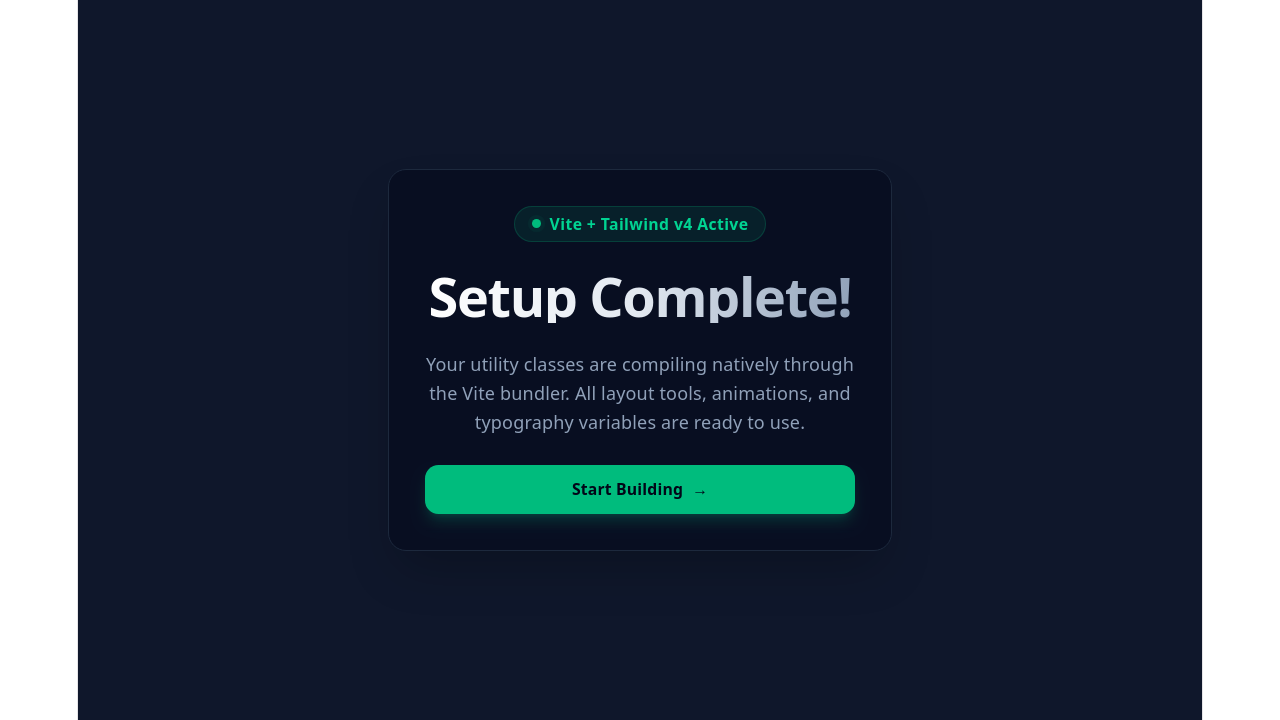
Repository: diptods/DevFixx
Page: / (app in client/)
These files come from the project's save history. The page is drawn as it stood at one moment and after the next save; the edit follows.
The browser window is 1280 px wide. The pictures show the whole page.
The project was rebuilt for these pictures with package versions that can differ from the ones it lists, and the page was loaded fresh each time. Also part of the build but not shown: client/vite.config.js.

Above is the page before, as saved 2026-06-12 12:33:50.

### client/index.html
<!doctype html>
<html lang="en">
  <head>
    <meta charset="UTF-8" />
    <link rel="icon" type="image/svg+xml" href="/favicon.svg" />
    <meta name="viewport" content="width=device-width, initial-scale=1.0" />
    <title>client</title>
  </head>
  <body>
    <div id="root"></div>
    <script type="module" src="/src/main.jsx"></script>
  </body>
</html>

### client/src/index.css
@import "tailwindcss";
:root {
  --text: #6b6375;
  --text-h: #08060d;
  --bg: #fff;
  --border: #e5e4e7;
  --code-bg: #f4f3ec;
  --accent: #aa3bff;
  --accent-bg: rgba(170, 59, 255, 0.1);
  --accent-border: rgba(170, 59, 255, 0.5);
  --social-bg: rgba(244, 243, 236, 0.5);
  --shadow:
    rgba(0, 0, 0, 0.1) 0 10px 15px -3px, rgba(0, 0, 0, 0.05) 0 4px 6px -2px;

  --sans: system-ui, 'Segoe UI', Roboto, sans-serif;
  --heading: system-ui, 'Segoe UI', Roboto, sans-serif;
  --mono: ui-monospace, Consolas, monospace;

  font: 18px/145% var(--sans);
  letter-spacing: 0.18px;
  color-scheme: light dark;
  color: var(--text);
  background: var(--bg);
  font-synthesis: none;
  text-rendering: optimizeLegibility;
  -webkit-font-smoothing: antialiased;
  -moz-osx-font-smoothing: grayscale;

  @media (max-width: 1024px) {
    font-size: 16px;
  }
}

@media (prefers-color-scheme: dark) {
  :root {
    --text: #9ca3af;
    --text-h: #f3f4f6;
    --bg: #16171d;
    --border: #2e303a;
    --code-bg: #1f2028;
    --accent: #c084fc;
    --accent-bg: rgba(192, 132, 252, 0.15);
    --accent-border: rgba(192, 132, 252, 0.5);
    --social-bg: rgba(47, 48, 58, 0.5);
    --shadow:
      rgba(0, 0, 0, 0.4) 0 10px 15px -3px, rgba(0, 0, 0, 0.25) 0 4px 6px -2px;
  }

  #social .button-icon {
    filter: invert(1) brightness(2);
  }
}

body {
  margin: 0;
}

#root {
  width: 1126px;
  max-width: 100%;
  margin: 0 auto;
  text-align: center;
  border-inline: 1px solid var(--border);
  min-height: 100svh;
  display: flex;
  flex-direction: column;
  box-sizing: border-box;
}

### client/src/App.jsx
export default function App() {
  return (
    <div className="flex min-h-screen flex-col items-center justify-center bg-slate-900 px-4 text-center text-white selection:bg-emerald-500 selection:text-slate-900">
      <div className="max-w-md space-y-6 rounded-2xl border border-slate-800 bg-slate-950/50 p-8 shadow-2xl backdrop-blur-md transition-all duration-300 hover:border-emerald-500/30">

        {/* Animated Badge */}
        <div className="inline-flex items-center gap-2 rounded-full bg-emerald-500/10 px-4 py-1.5 text-sm font-semibold tracking-wide text-emerald-400 ring-1 ring-emerald-500/20 ring-inset">
          <span className="relative flex h-2 w-2">
            <span className="absolute inline-flex h-full w-full animate-ping rounded-full bg-emerald-400 opacity-75"></span>
            <span className="relative inline-flex h-2 w-2 rounded-full bg-emerald-500"></span>
          </span>
          Vite + Tailwind v4 Active
        </div>

        {/* Heading */}
        <h1 className="bg-linear-to-r from-white via-slate-200 to-slate-400 bg-clip-text text-4xl font-extrabold tracking-tight text-transparent sm:text-5xl">
          Setup Complete!
        </h1>

        {/* Subtext */}
        <p className="text-base text-slate-400 leading-relaxed">
          Your utility classes are compiling natively through the Vite bundler. All layout tools, animations, and typography variables are ready to use.
        </p>

        {/* Action Button */}
        <button className="group inline-flex w-full items-center justify-center gap-2 rounded-xl bg-emerald-500 px-5 py-3 text-sm font-semibold text-slate-950 shadow-lg shadow-emerald-500/20 transition-all duration-200 hover:bg-emerald-400 hover:shadow-emerald-400/30 focus-visible:outline-2 focus-visible:outline-offset-2 focus-visible:outline-emerald-500 active:scale-[0.98]">
          Start Building
          <span className="transition-transform duration-200 group-hover:translate-x-1">→</span>
        </button>

      </div>
    </div>
  )
}

Loaded but not shown: client/src/main.jsx (common file)

After the next save:
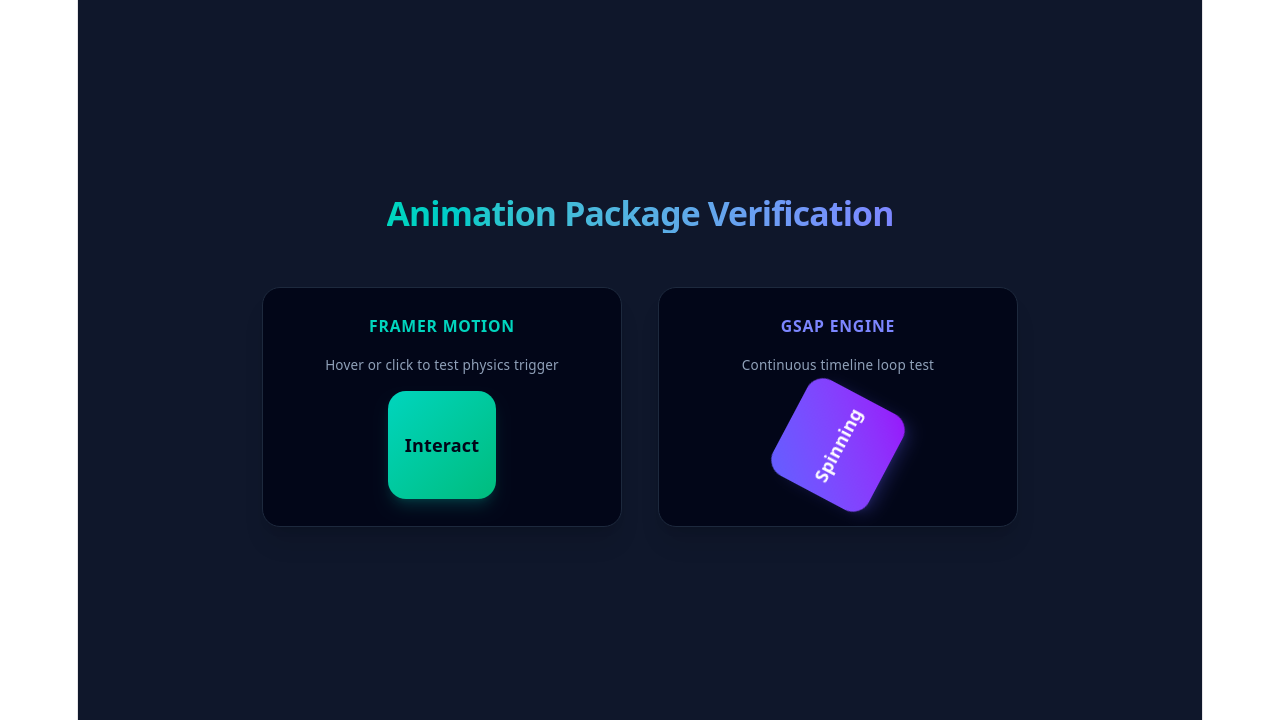
Saved 7 min 45 s later.
--- a/client/src/App.jsx
+++ b/client/src/App.jsx
@@ -1,34 +1,62 @@
+import { useEffect, useRef } from "react";
+import { motion } from "framer-motion";
+import { gsap } from "gsap";
+
 export default function App() {
+  const gsapBoxRef = useRef(null);
+
+  // Test GSAP Animation Loop
+  useEffect(() => {
+    if (gsapBoxRef.current) {
+      gsap.to(gsapBoxRef.current, {
+        rotation: 360,
+        duration: 3,
+        repeat: -1,
+        ease: "linear",
+      });
+    }
+  }, []);
+
   return (
-    <div className="flex min-h-screen flex-col items-center justify-center bg-slate-900 px-4 text-center text-white selection:bg-emerald-500 selection:text-slate-900">
-      <div className="max-w-md space-y-6 rounded-2xl border border-slate-800 bg-slate-950/50 p-8 shadow-2xl backdrop-blur-md transition-all duration-300 hover:border-emerald-500/30">
+    <div className="flex min-h-screen flex-col items-center justify-center gap-12 bg-slate-900 text-white p-6">
+      <h1 className="text-3xl font-extrabold tracking-tight bg-gradient-to-r from-teal-400 to-indigo-400 bg-clip-text text-transparent">
+        Animation Package Verification
+      </h1>
 
-        {/* Animated Badge */}
-        <div className="inline-flex items-center gap-2 rounded-full bg-emerald-500/10 px-4 py-1.5 text-sm font-semibold tracking-wide text-emerald-400 ring-1 ring-emerald-500/20 ring-inset">
-          <span className="relative flex h-2 w-2">
-            <span className="absolute inline-flex h-full w-full animate-ping rounded-full bg-emerald-400 opacity-75"></span>
-            <span className="relative inline-flex h-2 w-2 rounded-full bg-emerald-500"></span>
+      <div className="grid grid-cols-1 md:grid-cols-2 gap-8 max-w-2xl w-full">
+
+        {/* 1. FRAMER MOTION TEST CARD */}
+        <div className="flex flex-col items-center gap-4 rounded-2xl border border-slate-800 bg-slate-950 p-6 text-center shadow-xl">
+          <span className="text-sm font-semibold tracking-wider text-teal-400 uppercase">
+            Framer Motion
           </span>
-          Vite + Tailwind v4 Active
+          <p className="text-xs text-slate-400">Hover or click to test physics trigger</p>
+
+          <motion.div
+            whileHover={{ scale: 1.1, rotate: 10 }}
+            whileTap={{ scale: 0.9 }}
+            className="h-24 w-24 rounded-2xl bg-gradient-to-br from-teal-400 to-emerald-500 shadow-lg shadow-teal-500/20 cursor-pointer flex items-center justify-center font-bold text-slate-950"
+          >
+            Interact
+          </motion.div>
         </div>
 
-        {/* Heading */}
-        <h1 className="bg-linear-to-r from-white via-slate-200 to-slate-400 bg-clip-text text-4xl font-extrabold tracking-tight text-transparent sm:text-5xl">
-          Setup Complete!
-        </h1>
+        {/* 2. GSAP TEST CARD */}
+        <div className="flex flex-col items-center gap-4 rounded-2xl border border-slate-800 bg-slate-950 p-6 text-center shadow-xl">
+          <span className="text-sm font-semibold tracking-wider text-indigo-400 uppercase">
+            GSAP Engine
+          </span>
+          <p className="text-xs text-slate-400">Continuous timeline loop test</p>
 
-        {/* Subtext */}
-        <p className="text-base text-slate-400 leading-relaxed">
-          Your utility classes are compiling natively through the Vite bundler. All layout tools, animations, and typography variables are ready to use.
-        </p>
-
-        {/* Action Button */}
-        <button className="group inline-flex w-full items-center justify-center gap-2 rounded-xl bg-emerald-500 px-5 py-3 text-sm font-semibold text-slate-950 shadow-lg shadow-emerald-500/20 transition-all duration-200 hover:bg-emerald-400 hover:shadow-emerald-400/30 focus-visible:outline-2 focus-visible:outline-offset-2 focus-visible:outline-emerald-500 active:scale-[0.98]">
-          Start Building
-          <span className="transition-transform duration-200 group-hover:translate-x-1">→</span>
-        </button>
+          <div
+            ref={gsapBoxRef}
+            className="h-24 w-24 rounded-2xl bg-gradient-to-br from-indigo-500 to-purple-600 shadow-lg shadow-indigo-500/20 flex items-center justify-center font-bold text-white"
+          >
+            Spinning
+          </div>
+        </div>
 
       </div>
     </div>
-  )
+  );
 }
